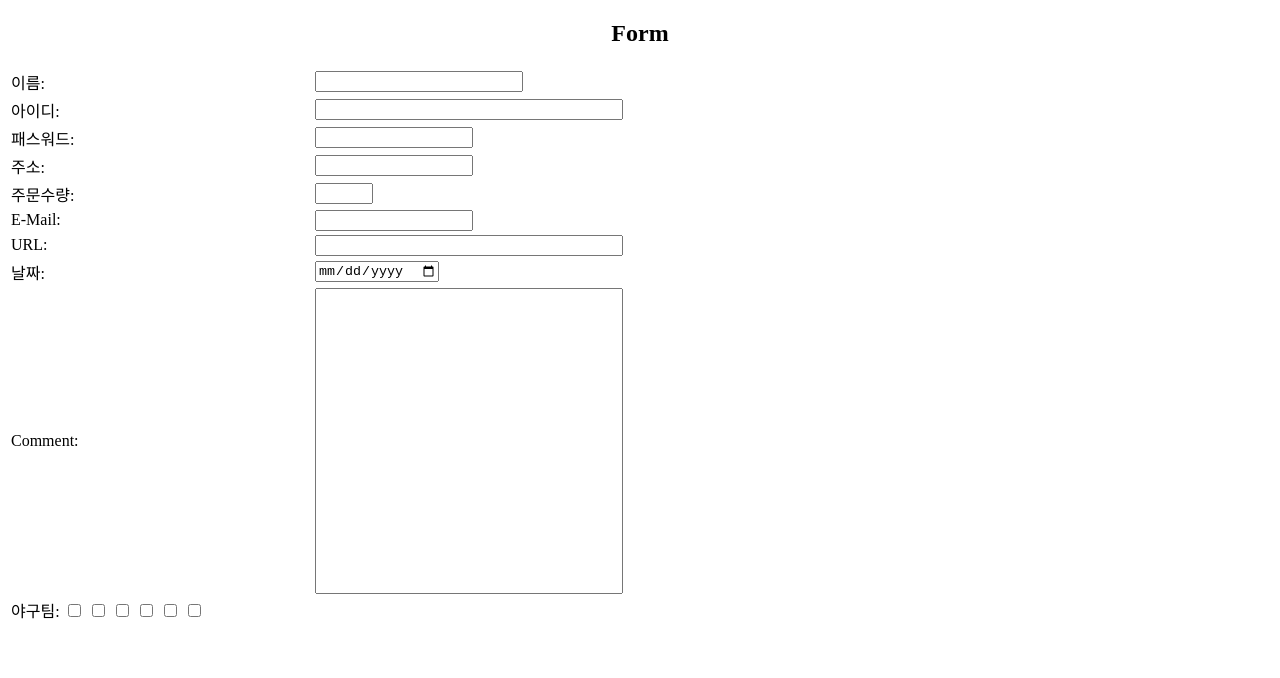
Repository: gyujin91/JSP
Page: web01/src/main/webapp/form.html
An editor plug-in stored every save of this project. The page is shown before and after the next save, followed by the edit.
The browser window is 1280 px wide. The pictures show the whole page.

Above is the page before, as saved 2022-04-22 05:35:50.

After the next save:
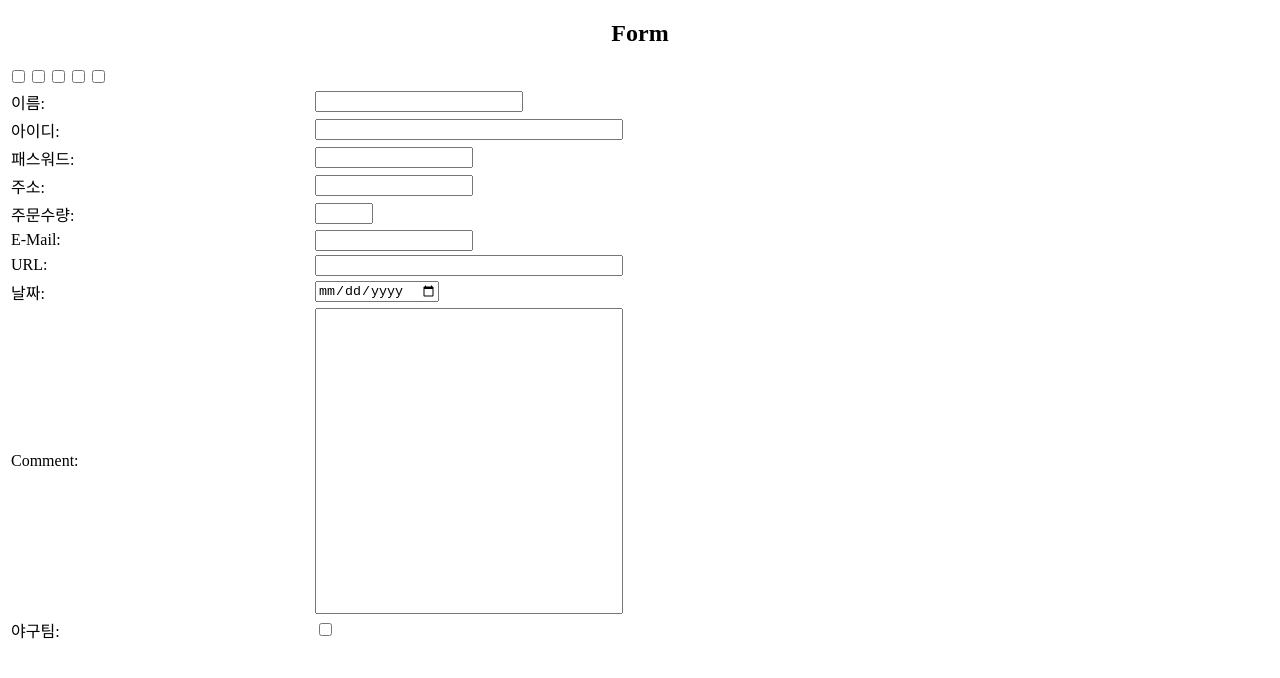
Saved 28 s later.
--- a/web01/src/main/webapp/form.html
+++ b/web01/src/main/webapp/form.html
@@ -60,7 +60,7 @@
             </tr>
             <tr>
             	<td class="td1">야구팀:
-            	<input type="checkbox" name="check" value="두산" class="input9">
+            	<td><input type="checkbox" name="check" value="두산" class="input9"></td>
             	<input type="checkbox" name="check" value="NC" class="input9">
             	<input type="checkbox" name="check" value="LG" class="input9">
             	<input type="checkbox" name="check" value="SK" class="input9">
